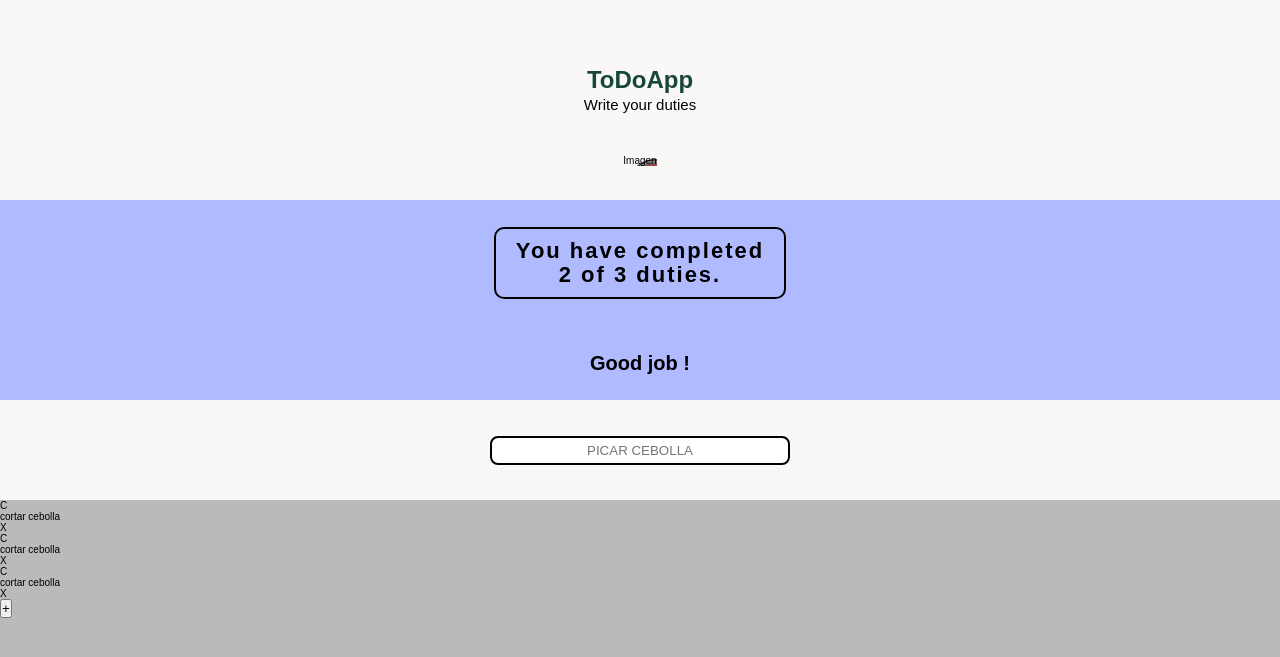
Repository: ChristianGecchelin/to-do-app
Page: /
The author's editor kept a copy of each file at every save. The page is drawn from the files as they stood at one save, then again after the next save.
The browser window is 1280 px wide. The pictures show the whole page.
The project was rebuilt for these pictures with package versions that can differ from the ones it lists, and the page was loaded fresh each time.

Above is the page before, as saved 2022-01-12 15:05:09.

After the next save:
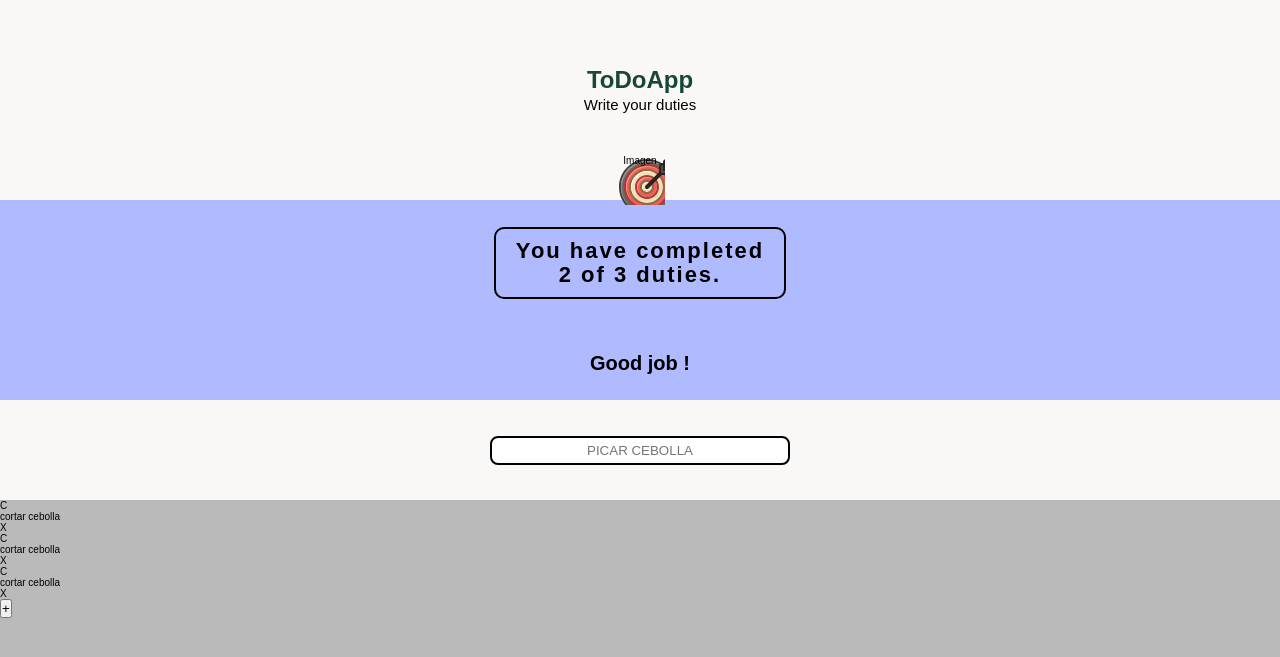
Saved 18 s later.
--- a/src/styles/header.css
+++ b/src/styles/header.css
@@ -31,5 +31,7 @@ header span {
   position: absolute;
   top: 155px;
   background-image: url(../assets/header.svg);
+  width: 50px;
+  height: 50px;
 }
 /*Falta completar con tipografias y colores, imagen span*/
